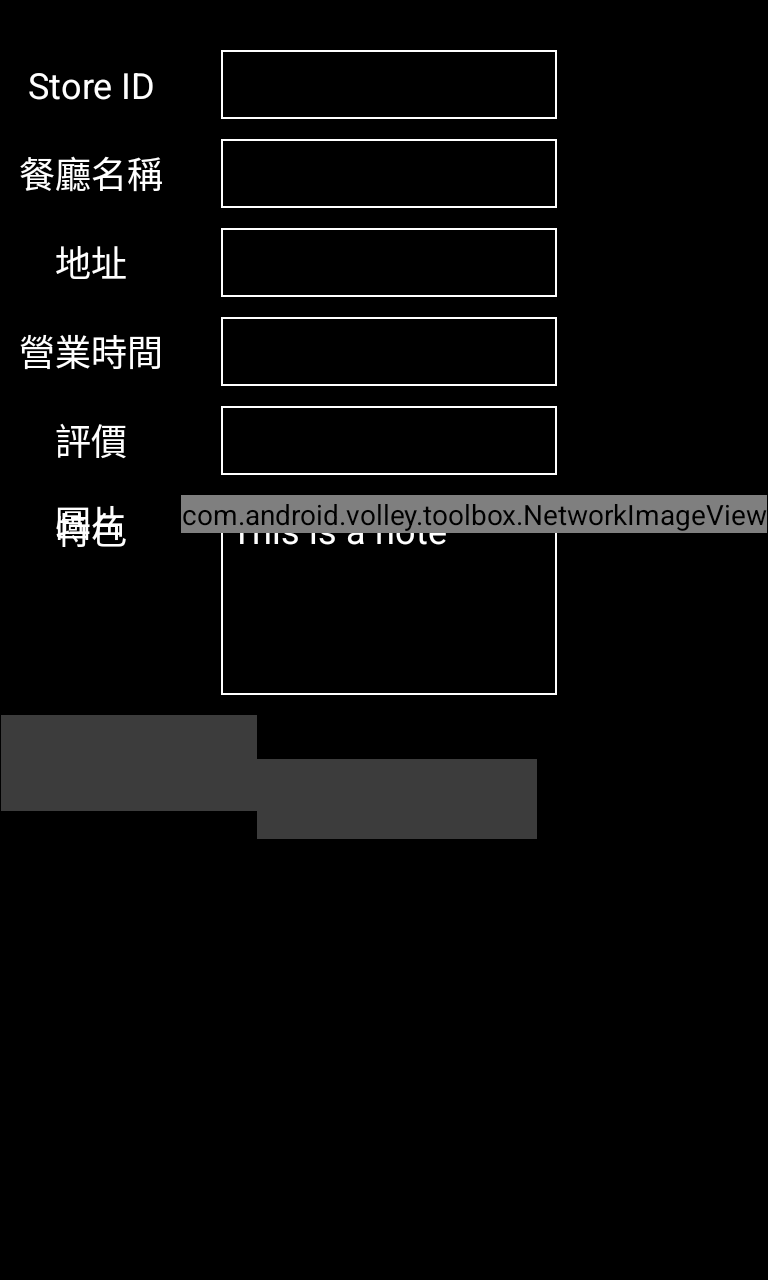
Repository: cnevinc/togather
Layout: GeorgeMe/res/layout/act_invatation.xml
These files come from the project's save history. The layout is drawn as it stood at one moment and after a run of saves; the edit follows.
Pictures or frames that could not be fetched are drawn as grey boxes. It is drawn on a 768 x 1280 px phone screen (xhdpi) without system bars, with theme android:Theme.Holo; the app's code is not run.

Above is the layout before, as saved 2014-07-27 00:56:54.

### GeorgeMe/res/layout/act_invatation.xml
<?xml version="1.0" encoding="utf-8"?>
<RelativeLayout xmlns:android="http://schemas.android.com/apk/res/android"
    android:layout_width="match_parent"
    android:layout_height="match_parent"
    android:background="#000000"
    android:orientation="vertical" >

    <ScrollView
        android:layout_width="fill_parent"
        android:layout_height="wrap_content"
        android:layout_below="@+id/ll1"
        android:layout_centerHorizontal="true"
        android:layout_marginTop="15dp"
        android:fillViewport="true" >

        <RelativeLayout
            android:id="@+id/rel_r3"
            android:layout_width="fill_parent"
            android:layout_height="wrap_content" >

            <RelativeLayout
                android:id="@+id/rel_r1"
                android:layout_width="wrap_content"
                android:layout_height="wrap_content"
                android:layout_centerHorizontal="true"
                android:layout_marginTop="10dp"
                android:gravity="center|top" >

                <LinearLayout
                    android:id="@+id/lin_l1"
                    android:layout_width="wrap_content"
                    android:layout_height="wrap_content"
                    android:orientation="horizontal" >

                    <TextView
                        android:layout_width="90dp"
                        android:layout_height="wrap_content"
                        android:gravity="center"
                        android:text="Store ID"
                        android:textAppearance="?android:attr/textAppearanceMedium"
                        android:textColor="#ffffff" />

                    <EditText
                        android:id="@+id/et_store_id"
                        android:layout_width="wrap_content"
                        android:layout_height="wrap_content"
                        android:layout_marginLeft="20dp"
                        android:background="@drawable/edittext_border"
                        android:ems="8"
                        android:padding="5dp"
                        android:textColor="#ffffff" />
                </LinearLayout>

                <LinearLayout
                    android:id="@+id/lin_l2"
                    android:layout_width="wrap_content"
                    android:layout_height="wrap_content"
                    android:layout_below="@id/lin_l1"
                    android:layout_marginTop="10dp"
                    android:orientation="horizontal" >

                    <TextView
                        android:layout_width="90dp"
                        android:layout_height="wrap_content"
                        android:gravity="center"
                        android:text="餐廳名稱"
                        android:textAppearance="?android:attr/textAppearanceMedium"
                        android:textColor="#ffffff" />

                    <EditText
                        android:id="@+id/et_brand"
                        android:layout_width="wrap_content"
                        android:layout_height="wrap_content"
                        android:layout_marginLeft="20dp"
                        android:background="@drawable/edittext_border"
                        android:ems="8"
                        android:padding="5dp"
                        android:textColor="#ffffff" />
                </LinearLayout>

                <LinearLayout
                    android:id="@+id/lin_l3"
                    android:layout_width="wrap_content"
                    android:layout_height="wrap_content"
                    android:layout_below="@id/lin_l2"
                    android:layout_marginTop="10dp"
                    android:orientation="horizontal" >

                    <TextView
                        android:layout_width="90dp"
                        android:layout_height="wrap_content"
                        android:gravity="center"
                        android:text="地址"
                        android:textAppearance="?android:attr/textAppearanceMedium"
                        android:textColor="#ffffff" />

                    <EditText
                        android:id="@+id/et_model"
                        android:layout_width="wrap_content"
                        android:layout_height="wrap_content"
                        android:layout_marginLeft="20dp"
                        android:background="@drawable/edittext_border"
                        android:ems="8"
                        android:padding="5dp"
                        android:textColor="#ffffff" />
                </LinearLayout>

                <LinearLayout
                    android:id="@+id/lin_l4"
                    android:layout_width="wrap_content"
                    android:layout_height="wrap_content"
                    android:layout_below="@id/lin_l3"
                    android:layout_marginTop="10dp"
                    android:orientation="horizontal" >

                    <TextView
                        android:layout_width="90dp"
                        android:layout_height="wrap_content"
                        android:gravity="center"
                        android:text="營業時間"
                        android:textAppearance="?android:attr/textAppearanceMedium"
                        android:textColor="#ffffff" />

                    <EditText
                        android:id="@+id/et_os"
                        android:layout_width="wrap_content"
                        android:layout_height="wrap_content"
                        android:layout_marginLeft="20dp"
                        android:background="@drawable/edittext_border"
                        android:ems="8"
                        android:padding="5dp"
                        android:textColor="#ffffff" />
                </LinearLayout>

                <LinearLayout
                    android:id="@+id/lin_l5"
                    android:layout_width="wrap_content"
                    android:layout_height="wrap_content"
                    android:layout_below="@id/lin_l4"
                    android:layout_marginTop="10dp"
                    android:orientation="horizontal" >

                    <TextView
                        android:layout_width="90dp"
                        android:layout_height="wrap_content"
                        android:gravity="center"
                        android:text="評價"
                        android:textAppearance="?android:attr/textAppearanceMedium"
                        android:textColor="#ffffff" />

                    <EditText
                        android:id="@+id/et_date"
                        android:layout_width="wrap_content"
                        android:layout_height="wrap_content"
                        android:layout_marginLeft="20dp"
                        android:background="@drawable/edittext_border"
                        android:ems="8"
                        android:padding="5dp"
                        android:textColor="#ffffff" />
                </LinearLayout>

                <LinearLayout
                    android:id="@+id/lin_l6"
                    android:layout_width="wrap_content"
                    android:layout_height="wrap_content"
                    android:layout_below="@id/lin_l5"
                    android:layout_marginTop="10dp"
                    android:orientation="horizontal" >

                    <TextView
                        android:layout_width="90dp"
                        android:layout_height="wrap_content"
                        android:gravity="center"
                        android:text="特色"
                        android:textAppearance="?android:attr/textAppearanceMedium"
                        android:textColor="#ffffff" />

                    <EditText
                        android:id="@+id/et_notes"
                        android:layout_width="wrap_content"
                        android:layout_height="100dp"
                        android:layout_marginLeft="20dp"
                        android:background="@drawable/edittext_border"
                        android:ems="8"
                        android:gravity="left|top"
                        android:padding="5dp"
                        android:text="This is a note"
                        android:textColor="#ffffff" />
                </LinearLayout>

                <LinearLayout
                    android:layout_width="wrap_content"
                    android:layout_height="wrap_content"
                    android:layout_below="@id/lin_l5"
                    android:layout_marginTop="10dp"
                    android:orientation="horizontal" >

                    <TextView
                        android:layout_width="90dp"
                        android:layout_height="wrap_content"
                        android:gravity="center"
                        android:text="圖片"
                        android:textAppearance="?android:attr/textAppearanceMedium"
                        android:textColor="#ffffff" />

                    <com.android.volley.toolbox.NetworkImageView
                        xmlns:app="http://schemas.android.com/apk/res-auto"
                        android:id="@+id/thumbail"
                        android:layout_width="wrap_content"
                        android:layout_height="wrap_content"
                        android:layout_centerVertical="true"
                        android:background="@drawable/ic_launcher" />
                </LinearLayout>

                <LinearLayout
                    android:id="@+id/lin_l7"
                    android:layout_width="wrap_content"
                    android:layout_height="wrap_content"
                    android:layout_below="@id/lin_l6"
                    android:layout_marginTop="10dp"
                    android:orientation="horizontal" >

                    <Button
                        android:id="@+id/btn_p"
                        android:layout_width="wrap_content"
                        android:layout_height="wrap_content"
                        android:background="#3c3c3c"
                        android:textAppearance="?android:attr/textAppearanceMedium"
                        android:textColor="#ffffff" />

                    <Button
                        android:id="@+id/btn_ok"
                        android:layout_width="wrap_content"
                        android:layout_height="wrap_content"
                        android:background="#3c3c3c"
                        android:textAppearance="?android:attr/textAppearanceMedium"
                        android:textColor="#ffffff" />

                    <Button
                        android:id="@+id/btn_continue"
                        android:layout_width="140dp"
                        android:layout_height="40dp"
                        android:layout_below="@+id/lin_l7"
                        android:layout_centerInParent="true"
                        android:layout_marginBottom="20dp"
                        android:layout_marginTop="18dp"
                        android:background="#3c3c3c"
                        android:textAppearance="?android:attr/textAppearanceMedium"
                        android:textColor="#ffffff" />
                </LinearLayout>
            </RelativeLayout>
        </RelativeLayout>
    </ScrollView>

</RelativeLayout>

### GeorgeMe/res/drawable/edittext_border.xml
<?xml version="1.0" encoding="utf-8"?>
<shape xmlns:android="http://schemas.android.com/apk/res/android"
    android:shape="rectangle" >

    <solid android:color="#000000" />

    <stroke
        android:width="2px"
        android:color="#FFFFFF" />

</shape>

After the next 2 saves:
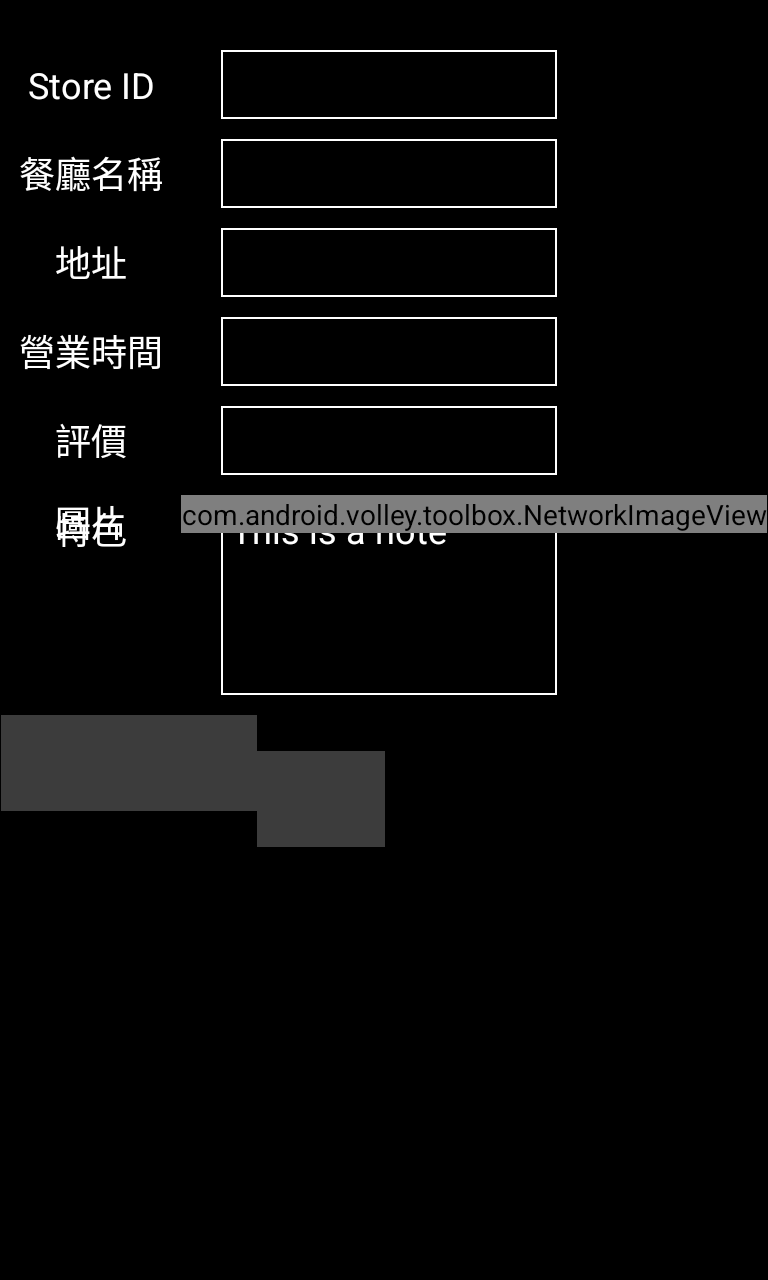
The 2 saves are shown as one change because they came seconds apart.
The last was saved 8 s later.
--- a/GeorgeMe/res/layout/act_invatation.xml
+++ b/GeorgeMe/res/layout/act_invatation.xml
@@ -237,10 +237,10 @@
                         android:textColor="#ffffff" />
 
                     <Button
-                        android:id="@+id/btn_continue"
-                        android:layout_width="140dp"
-                        android:layout_height="40dp"
-                        android:layout_below="@+id/lin_l7"
+                        android:id="@+id/btn_cancel"
+android:layout_width="wrap_content"
+                    android:layout_height="wrap_content"
+                                           android:layout_below="@+id/lin_l7"
                         android:layout_centerInParent="true"
                         android:layout_marginBottom="20dp"
                         android:layout_marginTop="18dp"
